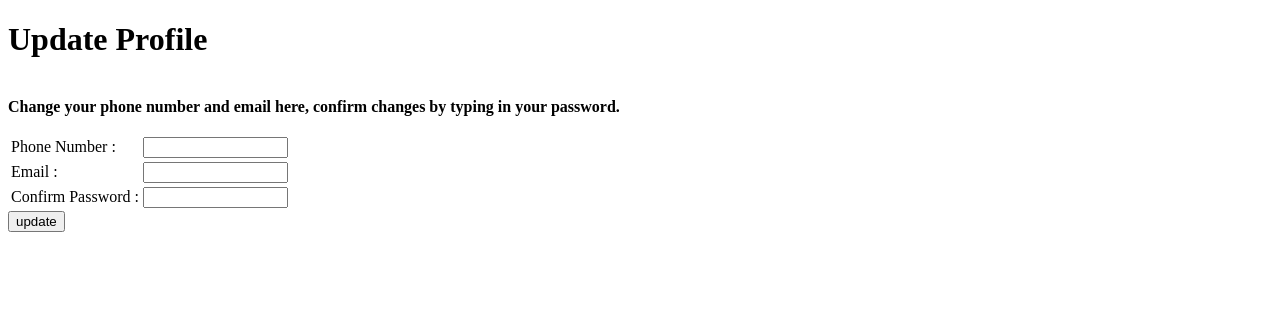
Repository: kingron98/SoftEng-Bank-Web-Application-
Page: http://localhost/SE3_BankWebApp/updateProfile.jsp
These files come from the project's save history. The page is drawn as it stood at one moment and after the next save; the edit follows.
The browser window is 1280 px wide. The pictures show the whole page.
The page is served by Tomcat 9. Other server files are loaded and not shown.

Above is the page before, as saved 2020-12-13 16:14:39.

### SE3 Bank App/Java/Workspace/SE3_BankWebApp/WebContent/updateProfile.jsp
<%@ page language="java" contentType="text/html; charset=ISO-8859-1" pageEncoding="ISO-8859-1"%>

<%@ taglib uri="http://java.sun.com/jsp/jstl/core" prefix="c" %>

<!DOCTYPE html PUBLIC "-//W3C//DTD HTML 4.01 Transitional//EN" "http://www.w3.org/TR/html4/loose.dtd">
<html>

<head>
<meta http-equiv="Content-Type" content="text/html; charset=ISO-8859-1">
<title>Update Profile</title>
</head>

<body>
	<h1>Update Profile</h1>

	<br/>

	<c:set var="customer" value="${sessionScope.customer}"/>
	<c:set var="bankaccount" value="${sessionScope.bankaccount}"/>
	<b>Change your phone number and email here, confirm changes by typing in your password.</b>

	<br/><br/>

	<form action="FrontController" method="post">
    	<table>
        	<tr>
    			<td> Phone Number  : </td><td> <input name="phoneNumber" size=15 type="text" /> </td>
    		</tr>
            <tr>
            	<td> Email  : </td><td> <input name="email" size=15 type="text" /> </td>
            </tr>
            <tr>
                <td> Confirm Password  : </td><td> <input name="password" size=15 type="password" /> </td>
            </tr>
        </table>

        <input type="hidden" name="action" value="UpdateProfile" />
        <input type="submit" value="update" />
    </form>


</body>

</html>

After the next save:
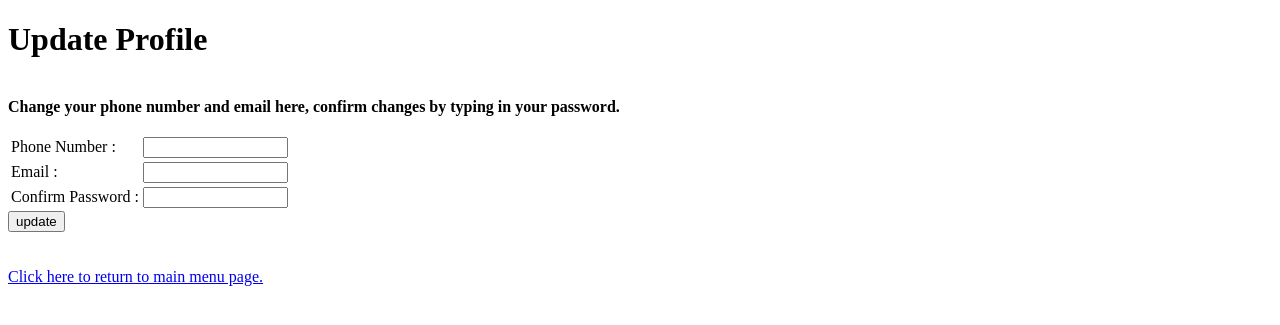
Saved 9 s later.
--- a/SE3 Bank App/Java/Workspace/SE3_BankWebApp/WebContent/updateProfile.jsp
+++ b/SE3 Bank App/Java/Workspace/SE3_BankWebApp/WebContent/updateProfile.jsp
@@ -37,7 +37,9 @@
         <input type="hidden" name="action" value="UpdateProfile" />
         <input type="submit" value="update" />
     </form>
-
+	<br/>
+	<br/>
+	<a href="loginSuccess.jsp">Click here to return to main menu page.</a>
 
 </body>
 
